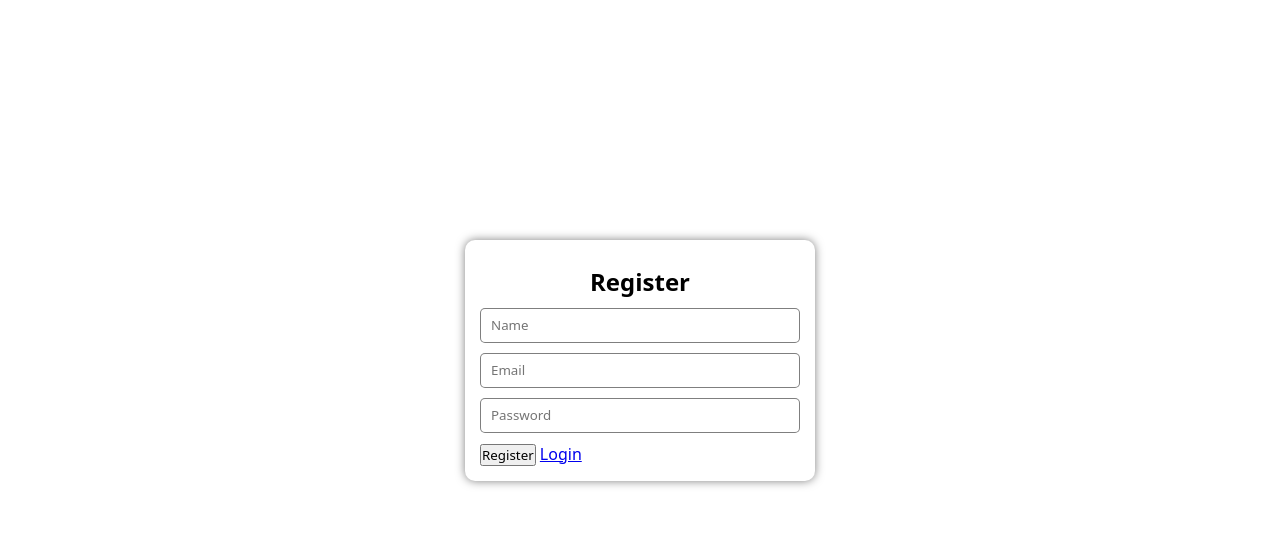
Repository: SanjaySokal/learn-java
Page: http://localhost/ServletProject/register.jsp
An editor plug-in stored every save of this project. The page is shown before and after the next save, followed by the edit.
The browser window is 1280 px wide. The pictures show the whole page.
The page is served by Tomcat 9.

Above is the page before, as saved 2023-09-09 03:12:38.

After the next save:
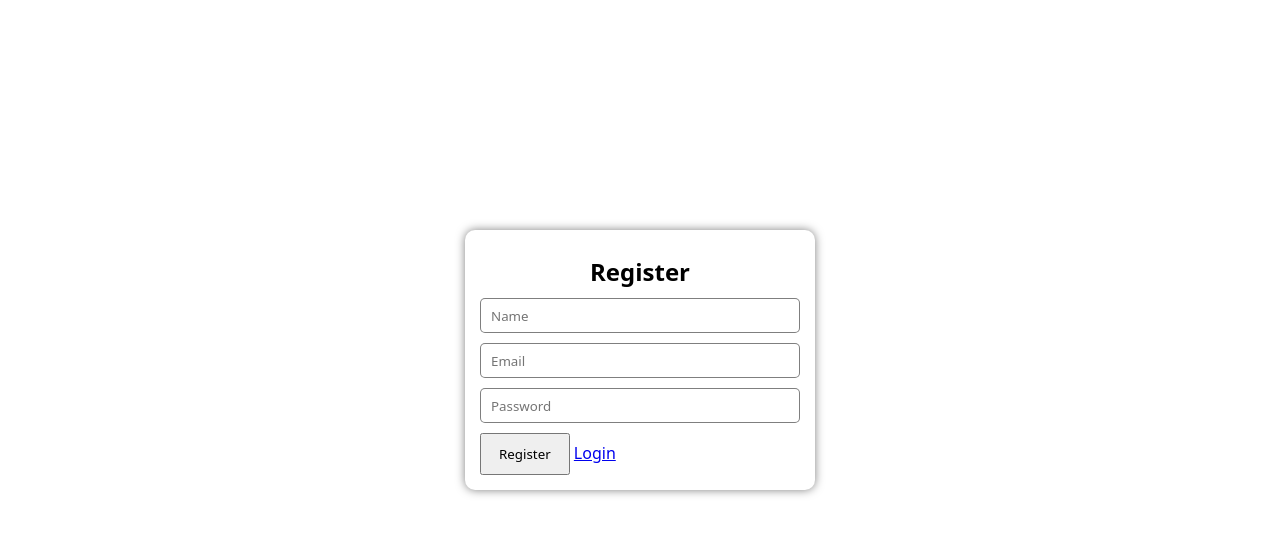
Saved 93 s later.
--- a/ServletProject/src/main/webapp/style.css
+++ b/ServletProject/src/main/webapp/style.css
@@ -34,3 +34,7 @@
 	margin-bottom: 10px;
 	padding: 0 10px;
 }
+
+form button {
+	padding: 10px 17px;
+}
